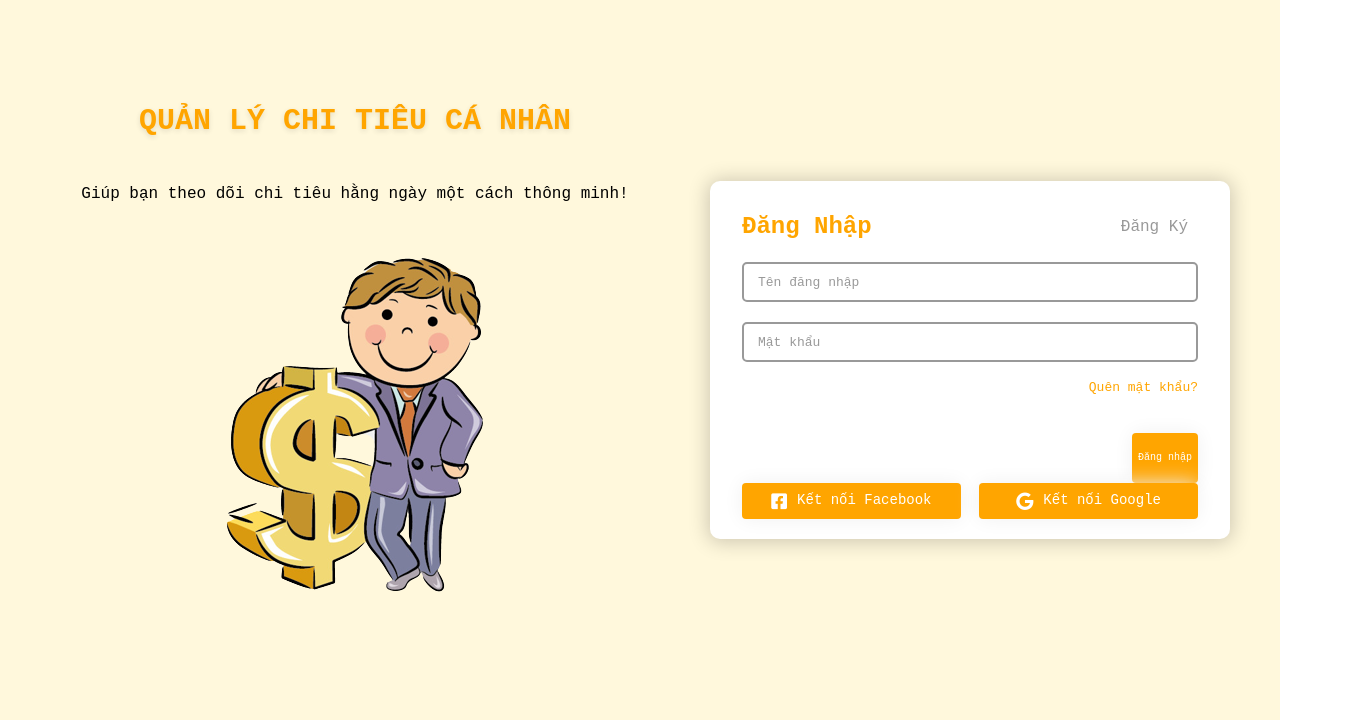
Repository: ximvhs/sochitieu
Page: html/start.html
These files come from the project's save history. The page is drawn as it stood at one moment and after the next save; the edit follows.
The browser window is 1280 px wide. The page is 1280 px wide, then 1356 px, so the pictures cover 1356 px, including what lies to the right of the window. The pictures show the whole page.
Some web fonts or font styles are not loaded; a fallback is used.

Above is the page before, as saved 2023-04-06 17:26:36.

After the next save:
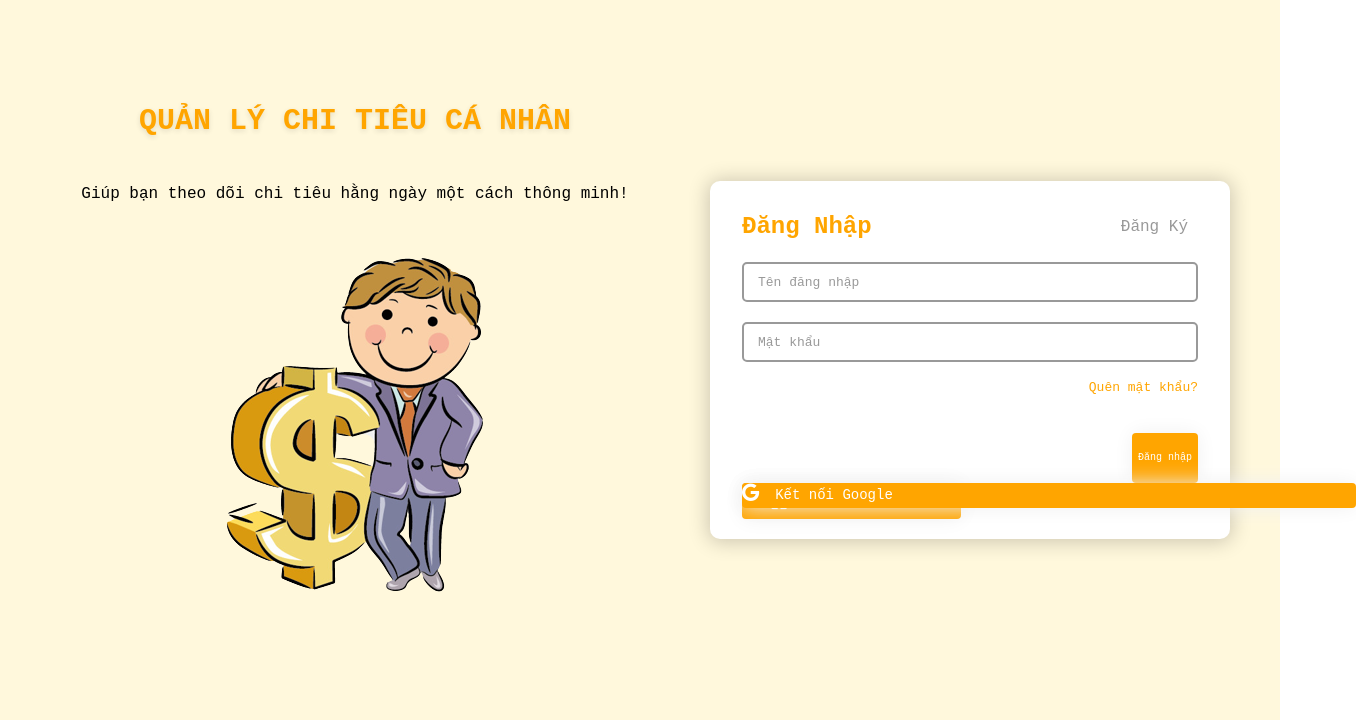
Saved 28 s later.
--- a/html/start.html
+++ b/html/start.html
@@ -60,7 +60,7 @@
                                     <i class="auth-form__socials-icon fab fa-facebook-square"></i>
                                     <span class="auth-form__socials-text">Kết nối Facebook</span>
                                 </a>
-                                <a href="#" class="auth-form__socials--google btn__login btn--size-s btn--with-icon">
+                                <a href="#" class="auth-form__socials--google btn btn--size-s btn--with-icon">
                                     <i class="auth-form__socials-icon fab fa-google"></i>
                                     <span class="auth-form__socials-text">Kết nối Google</span>
                                 </a>
